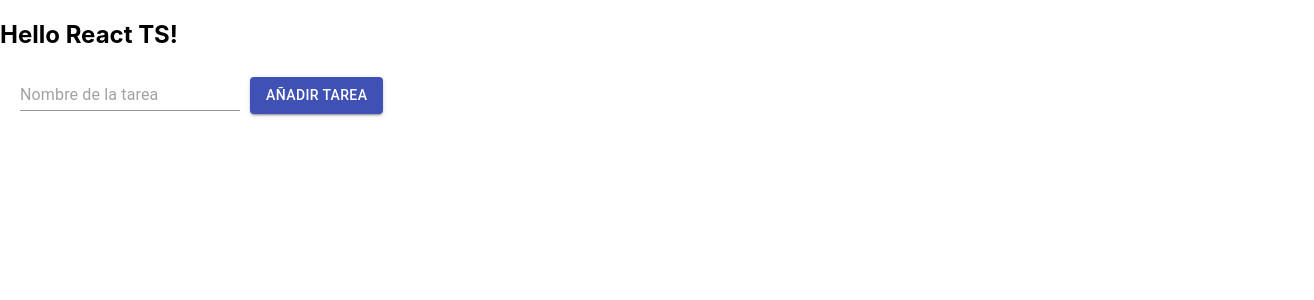
Repository: Salvaaragon/ItemListReact
Page: /
The author's editor kept a copy of each file at every save. The page is drawn from the files as they stood at one save, then again after a run of saves.
The browser window is 1280 px wide. The page is 1314 px wide, then 1280 px, so the pictures cover 1314 px, including what lies to the right of the window. The pictures show the whole page.
The project was rebuilt for these pictures with package versions that can differ from the ones it lists, and the page was loaded fresh each time. Also part of the build but not shown: src/components/TasksListItem.tsx.

Above is the page before, as saved 2019-08-04 11:34:57.

After the next 2 saves:
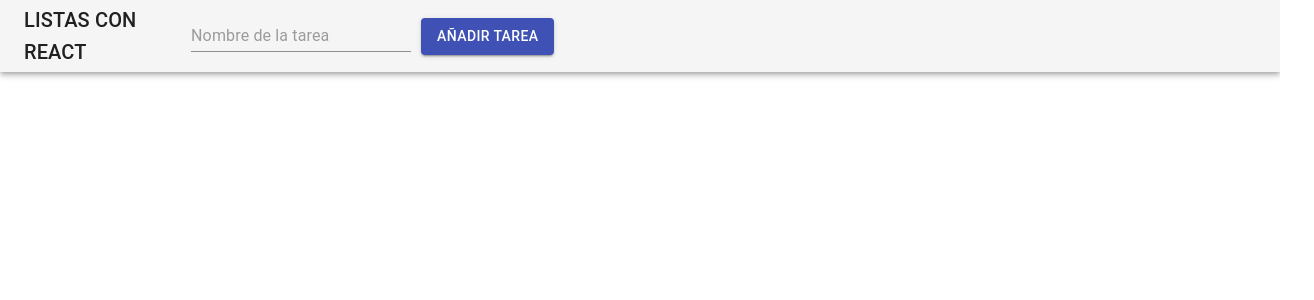
The 2 saves are shown as one change because 1 did not build or start.
The last was saved 5 min 3 s later.
--- a/src/App.tsx
+++ b/src/App.tsx
@@ -2,6 +2,10 @@ import React, { Component } from 'react';
 import { Task } from './models/task';
 import { NewTaskForm } from './components/NewTaskForm';
 import { TasksList } from './components/TaskList';
+import { Typography } from '@material-ui/core';
+import AppBar from '@material-ui/core/AppBar';
+import Toolbar from '@material-ui/core/Toolbar';
+import Typography from '@material-ui/core/Typography';
 
 interface State {
 	newTask: Task;
@@ -51,13 +55,19 @@ class App extends Component<{}, State> {
 	render() {
 		return(
 			<div>
-				<h2>Hello React TS!</h2>
-				<NewTaskForm
-					task={this.state.newTask}
-					onAdd={this.addTask}
-					onChange={this.handleTaskChange}
-				/>
-				<TasksList tasks={this.state.tasks} onDelete={this.deleteTask}/>
+				<AppBar position="static" color="default">
+					<Toolbar>
+						<Typography variant="h6" color="inherit">
+							LISTAS CON REACT
+						</Typography>
+						<NewTaskForm
+							task={this.state.newTask}
+							onAdd={this.addTask}
+							onChange={this.handleTaskChange}
+						/>
+						<TasksList tasks={this.state.tasks} onDelete={this.deleteTask}/>
+					</Toolbar>
+				</AppBar>
 			</div>
 		)
 	}
